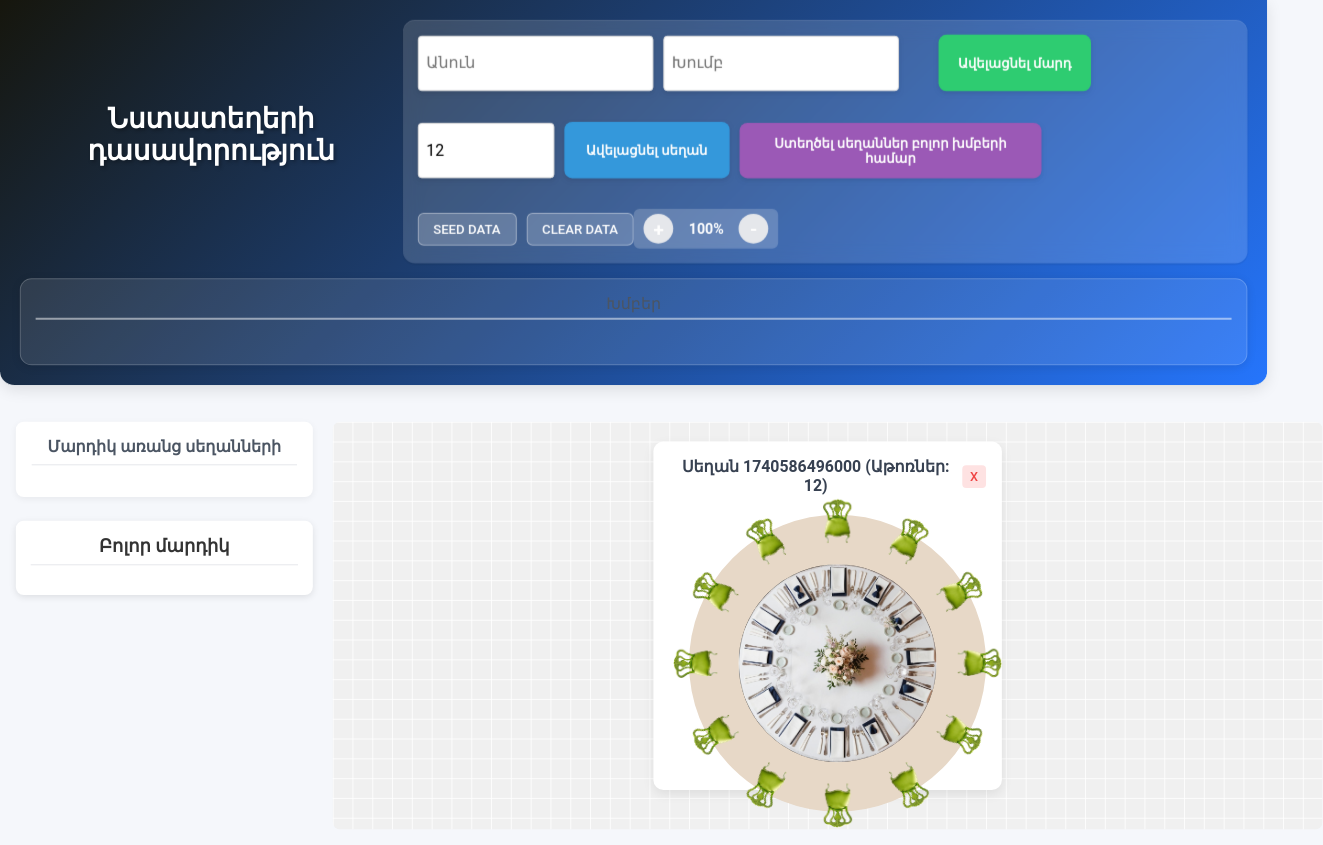
Repository: Vahan-23/Table-V2
Page: /, after clicking the first element matching `div.table-controls > button`
The author's editor kept a copy of each file at every save. The page is drawn from the files as they stood at one save, then again after the next save.
The browser window is 1280 px wide. The page is 1336 px wide, so the pictures cover 1336 px, including what lies to the right of the window. The pictures show the whole page, at 99% of full size.
The project was rebuilt for these pictures with package versions that can differ from the ones it lists, and the page was loaded fresh each time.

Above is the page before, as saved 2025-03-01 18:49:46.

### src/component/App.css
/* Modern styles for the Seating Arrangement app */

* {
  /* box-sizing: border-box; */
  margin: 0;
  padding: 0;
  font-family: 'Roboto', 'Segoe UI', Arial, sans-serif;
}

body {
  background-color: #f5f7fb;
  color: #333;
}

.app-container {
  display: flex;
  flex-direction: column;
  min-height: 100vh;
}

/* Header Styles */


.header-content {
  display: flex;
  justify-content: space-between;
  align-items: center;
  max-width: 1600px;
  margin: 0 auto;
  width: 100%;
}



.header-controls {
  display: flex;
  width: 80%;
}

.control-group {
  display: flex;
  flex-wrap: wrap;
  gap: 1rem;
  width: 100%;
}

.input-group, .table-controls, .save-controls, .zoom-controls {
  display: flex;
  align-items: center;
  gap: 0.5rem;
}

.input-group input, .table-controls input {
  height: 38px;
  padding: 0.5rem;
  border: 1px solid #ddd;
  border-radius: 4px;
  outline: none;
  transition: border-color 0.2s;
}

.input-group input:focus, .table-controls input:focus {
  border-color: #2563eb;
}

button {
  cursor: pointer;
  border: none;
  border-radius: 4px;
  padding: 0.5rem 1rem;
  font-weight: 500;
  transition: all 0.2s;
}

.primary-btn {
  background-color: #2563eb;
  color: white;
}

.primary-btn:hover {
  background-color: #1d4ed8;
}

.secondary-btn {
  background-color: #e5e7eb;
  color: #4b5563;
}

.secondary-btn:hover {
  background-color: #d1d5db;
}

.zoom-controls {
  display: flex;
  align-items: center;
  gap: 0.5rem;
}

.zoom-controls button {
  width: 30px;
  height: 30px;
  display: flex;
  align-items: center;
  justify-content: center;
  background-color: #e5e7eb;
  border-radius: 50%;
  font-size: 1.2rem;
  padding: 0;
}

.zoom-controls span {
  font-size: 0.9rem;
  min-width: 50px;
  text-align: center;
}

/* Groups Container */
.groups-container {
  margin-top: 1rem;
  background-color: #f0f4ff;
  border-radius: 8px;
  padding: 1rem;
}

.groups-header {
  display: flex;
  flex-direction: column;
  gap: 1rem;
}

.groups-header h3 {
  color: #4b5563;
  font-size: 1rem;
  font-weight: 500;
}

.groups-wrapper {
  display: flex;
  flex-wrap: wrap;
  gap: 1rem;
  padding: 0.5rem 0;
}



.group-name {
  font-weight: 600;
  font-size: 0.9rem;
  color: #2563eb;
}

.group-count {
  font-size: 0.8rem;
  color: #6b7280;
  margin-top: 0.25rem;
}

/* Main Content */
.main-content {
  display: flex;
  flex: 1;
  padding: 1rem;
  gap: 1.5rem;
  max-width: 1600px;
  margin: 0 auto;
  width: 100%;
}

/* Sidebar */
.sidebar {
  width: 300px;
  flex-shrink: 0;
}

.unseated-people-list, .people-list {
  background-color: white;
  border-radius: 8px;
  padding: 1rem;
  box-shadow: 0 2px 8px rgba(0, 0, 0, 0.06);
  margin-bottom: 1.5rem;
}

.unseated-people-list h3, .people-list h3 {
  margin-bottom: 1rem;
  color: #4b5563;
  font-size: 1rem;
  font-weight: 600;
  border-bottom: 1px solid #e5e7eb;
  padding-bottom: 0.5rem;
}

.unseated-people-grid, .people-grid {
  display: flex;
  flex-direction: column;
  gap: 0.5rem;
}

.unseated-person-card, .person-card {
  background-color: #f9fafb;
  border-radius: 6px;
  padding: 0.75rem;
  position: relative;
  font-size: 0.9rem;
  display: flex;
  justify-content: space-between;
  align-items: center;
}

.person-card {
  flex-direction: column;
  align-items: flex-start;
  gap: 0.25rem;
}

.person-name {
  font-weight: 500;
}

.person-group {
  font-size: 0.8rem;
  color: #6b7280;
}

.group-tag {
  background-color: #e0e7ff;
  color: #4f46e5;
  border-radius: 4px;
  padding: 0.15rem 0.4rem;
  font-size: 0.75rem;
  font-weight: 500;
}

.delete-btn {
  position: absolute;
  top: 0.5rem;
  right: 0.5rem;
  background-color: transparent;
  color: #ef4444;
  font-size: 0.8rem;
  padding: 0.15rem 0.4rem;
  border-radius: 4px;
}

.delete-btn:hover {
  background-color: #fee2e2;
}

/* Tables Area */
.tables-area {
  flex: 1;
  display: flex;
  flex-wrap: wrap;
  gap: 2rem;
  padding: 1rem;
  align-content: flex-start;
  min-height: 70vh;
  transform-origin: top left;
}

/* Table Styles */
.table-container {
  background-color: white;
  border-radius: 10px;
  box-shadow: 0 4px 12px rgba(0, 0, 0, 0.08);
  padding: 1rem;
  width: fit-content;
}

.table-header {
  display: flex;
  justify-content: space-between;
  align-items: center;
  margin-bottom: 1rem;
}

.table-header h3 {
  font-size: 1rem;
  font-weight: 600;
  color: #374151;
}

.delete-table-btn {
  background-color: #fee2e2;
  color: #ef4444;
  font-size: 0.8rem;
  padding: 0.25rem 0.5rem;
}

.delete-table-btn:hover {
  background-color: #fecaca;
}

.table {
  /* position: relative; */
  margin: 20px;
  width: 200px;
  height: 200px;
  border: 50px solid #e7d8c7;
  border-radius: 50%;
  display: flex;
  justify-content: center;
  align-items: center;
  background-image: url('../../public/table.jpg');
  background-size: cover;
}

.table-top {
  position: relative;
  top: -15%;
  left: -15%;
  /* /* width: 250px; */
  /* height: 250px; */
}
.chair {
  position: absolute;
  width: 60px;
  height: 60px;
  background-size: cover;
  background-position: center;
  background-repeat: no-repeat;
  color: white;
  display: flex;
  justify-content: center;
  align-items: center;
  border-radius: 50%;
  font-size: 12px;
  text-align: center;
  cursor: pointer;
  transition: transform 0.2s ease, opacity 0.2s ease;
}
.chair:hover {
  transform: scale(1.1);
  opacity: 0.7;
}
/* Chair styles remain unchanged as requested */

/* New Table Dropzone */
.new-table-dropzone {
  width: 300px;
  height: 200px;
  border: 2px dashed #94a3b8;
  border-radius: 8px;
  display: flex;
  align-items: center;
  justify-content: center;
  background-color: #f8fafc;
  transition: all 0.3s;
}

.new-table-dropzone.hovered {
  background-color: #e0e7ff;
  border-color: #4f46e5;
}

.dropzone-content {
  display: flex;
  flex-direction: column;
  align-items: center;
  gap: 1rem;
  padding: 1.5rem;
  text-align: center;
}

.dropzone-icon {
  font-size: 2rem;
  color: #94a3b8;
}

.dropzone-text {
  font-size: 0.9rem;
  color: #64748b;
}

/* Popup styles */
.popup-overlay {
  position: fixed;
  top: 0;
  left: 0;
  right: 0;
  bottom: 0;
  background-color: rgba(0, 0, 0, 0.5);
  display: flex;
  align-items: center;
  justify-content: center;
  z-index: 1000;
}

.popup {
  background-color: white;
  border-radius: 10px;
  padding: 1.5rem;
  min-width: 300px;
  max-width: 400px;
  max-height: 80vh;
  overflow-y: auto;
  box-shadow: 0 10px 25px rgba(0, 0, 0, 0.2);
}

.popup h3 {
  margin-bottom: 1rem;
  color: #374151;
}

.person-selection-list {
  list-style: none;
  margin-bottom: 1rem;
}

.person-selection-list li {
  padding: 0.75rem;
  border-radius: 6px;
  cursor: pointer;
  transition: background-color 0.2s;
}

.person-selection-list li:hover {
  background-color: #f3f4f6;
}

.close-btn {
  background-color: #e5e7eb;
  color: #4b5563;
  width: 100%;
  padding: 0.75rem;
  border-radius: 6px;
  margin-top: 1rem;
}

.close-btn:hover {
  background-color: #d1d5db;
}

/* Responsive adjustments */
@media (max-width: 992px) {
  .header-content {
    flex-direction: column;
    align-items: flex-start;
    gap: 1rem;
  }

  .header-controls {
    width: 100%;
  }

  .main-content {
    flex-direction: column;
  }

  .sidebar {
    width: 100%;
  }
}

/* Fullscreen popup styles */
.fullscreen-popup {
  position: fixed;
  top: 0;
  left: 0;
  width: 100%;
  height: 100%;
  z-index: 1000;
}

.fullscreen-popup-overlay {
  position: absolute;
  top: 0;
  left: 0;
  width: 100%;
  height: 100%;
  background-color: rgba(0, 0, 0, 0.7);
  display: flex;
  justify-content: center;
  align-items: center;
}

.fullscreen-popup-content {
  background-color: #fff;
  border-radius: 8px;
  padding: 20px;
  width: 90%;
  max-width: 600px;
  max-height: 80vh;
  overflow-y: auto;
  box-shadow: 0 10px 25px rgba(0, 0, 0, 0.2);
}

.fullscreen-popup-content h3 {
  margin-top: 0;
  margin-bottom: 20px;
  text-align: center;
  font-size: 18px;
  color: #333;
}

.person-selection-grid {
  display: grid;
  grid-template-columns: repeat(auto-fill, minmax(200px, 1fr));
  gap: 15px;
  margin-bottom: 20px;
  max-height: 60vh;
  overflow-y: auto;
  padding: 10px;
}

.person-selection-item {
  background-color: #f8f8f8;
  border: 1px solid #e0e0e0;
  border-radius: 6px;
  padding: 12px;
  cursor: pointer;
  transition: all 0.2s ease;
  display: flex;
  flex-direction: column;
}

.person-selection-item:hover {
  background-color: #e8f4fd;
  transform: translateY(-2px);
  box-shadow: 0 4px 8px rgba(0, 0, 0, 0.1);
}

.person-name {
  font-weight: bold;
  margin-bottom: 5px;
}

.person-group {
  font-size: 12px;
  color: #666;
}

.no-people-message {
  text-align: center;
  padding: 20px;
  color: #666;
  grid-column: 1 / -1;
}

.close-popup-btn {
  display: block;
  margin: 0 auto;
  background-color: #3498db;
  color: white;
  border: none;
  border-radius: 4px;
  padding: 10px 20px;
  font-size: 16px;
  cursor: pointer;
  transition: background-color 0.2s ease;
}

.close-popup-btn:hover {
  background-color: #2980b9;
}

.groups-wrapper::-webkit-scrollbar {
  height: 6px;
  width: 6px;
}

.groups-wrapper::-webkit-scrollbar-track {
  background: #f1f1f1;
  border-radius: 10px;
}

.groups-wrapper::-webkit-scrollbar-thumb {
  background: #3498db;
  border-radius: 10px;
}

.groups-wrapper::-webkit-scrollbar-thumb:hover {
  background: #2980b9;
}

.group-card {
  flex: 0 0 auto;
  min-width: 100px;
  background-color: white;
  border-radius: 6px;
  padding: 8px 12px;
  box-shadow: 0 1px 3px rgba(0,0,0,0.1);
  cursor: grab;
  transition: transform 0.2s, box-shadow 0.2s;
  border-left: 4px solid #3498db;
}

.group-card:hover {
  transform: translateY(-2px);
  box-shadow: 0 3px 6px rgba(0,0,0,0.15);
}

.app-header {
  background: linear-gradient(135deg, #f8f9fa 0%, #e9ecef 100%);
  border-bottom: 1px solid #dee2e6;
  padding: 15px 20px;
  border-radius: 8px;
  margin-bottom: 20px;
}

.logo {
  font-size: 24px;
  font-weight: bold;
  color: #2c3e50;
  margin-bottom: 15px;
  text-shadow: 1px 1px 2px rgba(0,0,0,0.1);
}

### src/component/AppCss.css
.app-header {
    background: linear-gradient(135deg, rgb(22 22 13) 0%, rgb(37, 117, 252) 100%);
    padding: 20px;
    border-radius: 0 0 15px 15px;
    box-shadow: 0 4px 15px rgba(0, 0, 0, 0.1);
    margin-bottom: 20px;
}

.header-content {
    /* Header content layout */
}

.logo {
    color: white;
    font-size: 28px;
    font-weight: bold;
    text-shadow: 2px 2px 4px rgba(0, 0, 0, 0.3);
    margin-bottom: 15px;
}

.header-controls {
    background: rgba(255, 255, 255, 0.15);
    backdrop-filter: blur(10px);
    padding: 15px;
    border-radius: 12px;
    box-shadow: inset 0 1px 1px rgba(255, 255, 255, 0.1), 0 1px 2px rgba(0, 0, 0, 0.1);
}

.control-group {
    /* Control group layout */
}

.input-group {
    display: flex;
    gap: 10px;
    margin-bottom: 15px;
}

.input-field {
    flex: 1;
    padding: 10px 15px;
    border-radius: 8px;
    border: none;
    font-size: 16px;
    box-shadow: 0 2px 5px rgba(0, 0, 0, 0.1);
}

.group-input-container {
    position: relative;
    flex: 1;
}

.group-dropdown {
    position: absolute;
    top: 100%;
    left: 0;
    width: 100%;
    max-height: 200px;
    overflow-y: auto;
    z-index: 10;
    background-color: white;
    border: none;
    border-radius: 8px;
    box-shadow: 0 4px 12px rgba(0, 0, 0, 0.15);
    margin-top: 5px;
}

.dropdown-item {
    padding: 10px 15px;
    cursor: pointer;
    border-bottom: 1px solid #eee;
    transition: background-color 0.2s;
}

.dropdown-item:hover {
    background-color: #f5f5f5;
}

.dropdown-item-new {
    padding: 10px 15px;
    cursor: pointer;
    background-color: #f0f0f0;
    font-style: italic;
    border-radius: 0 0 8px 8px;
    z-index: 2;
}

.dropdown-empty {
    padding: 10px 15px;
    color: #666;
}

.primary-btn {
    border: none;
    border-radius: 8px;
    font-weight: bold;
    cursor: pointer;
    box-shadow: 0 2px 5px rgba(0, 0, 0, 0.1);
    transition: transform 0.2s, background-color 0.2s;
}

.add-person-btn {
    margin-left: 30px;
    padding: 21px 20px;
    background-color: #2ecc71;
    color: white;
}

.add-person-btn:hover {
    background-color: #27ae60;
    transform: translateY(-2px);
}

.table-controls {
    display: flex;
    gap: 10px;
    margin-bottom: 15px;
}

.chair-count-input {
    width: 120px;
    padding: 10px 15px;
    border-radius: 8px;
    border: none;
    font-size: 16px;
    box-shadow: 0 2px 5px rgba(0, 0, 0, 0.1);
}

.add-table-btn {
    flex: 1;
    padding: 21px 15px;
    background-color: #3498db;
    color: white;
}

.add-table-btn:hover {
    background-color: #2980b9;
    transform: translateY(-2px);
}

.create-all-tables-btn {
    flex: 2;
    padding: 13px 15px;
    background-color: #9b59b6;
    color: white;
}

.create-all-tables-btn:hover {
    background-color: #8e44ad;
    transform: translateY(-2px);
}

/* Bottom controls section */
.bottom-controls {
    display: flex;
    justify-content: space-between;
    align-items: center;
}

/* Save controls */
.save-controls {
    display: flex;
    gap: 10px;
}

.secondary-btn {
    padding: 8px 15px;
    background-color: rgba(255, 255, 255, 0.2);
    color: white;
    border: 1px solid rgba(255, 255, 255, 0.4);
    border-radius: 6px;
    cursor: pointer;
    transition: background-color 0.2s;
}

.secondary-btn:hover {
    background-color: rgba(255, 255, 255, 0.3);
}

/* Zoom controls */
.zoom-controls {
    display: flex;
    align-items: center;
    gap: 8px;
    background-color: rgba(255, 255, 255, 0.2);
    padding: 5px 10px;
    border-radius: 6px;
}

.zoom-btn {
    width: 30px;
    height: 30px;
    border-radius: 50%;
    border: none;
    background-color: rgba(255, 255, 255, 0.3);
    color: white;
    font-size: 18px;
    font-weight: bold;
    cursor: pointer;
    display: flex;
    justify-content: center;
    align-items: center;
}

.zoom-percentage {
    color: white;
    font-weight: bold;
}

/* Groups container */
.groups-container {
    background-color: rgba(255, 255, 255, 0.1);
    border-radius: 12px;
    padding: 15px;
    margin-top: 15px;
    box-shadow: 0 2px 10px rgba(0, 0, 0, 0.1);
    border: 1px solid rgba(255, 255, 255, 0.2);
}

.groups-header {
    display: flex;
    flex-direction: column;
    gap: 10px;
}

.groups-title {
    margin: 0 0 10px 0;
    font-size: 20px;
    color: white;
    font-weight: 600;
    border-bottom: 2px solid rgba(255, 255, 255, 0.5);
    padding-bottom: 5px;
    display: inline-block;
}

.groups-wrapper {
    display: flex;
    flex-wrap: nowrap;
    gap: 12px;
    overflow-x: auto;
    padding: 5px 0;
    max-height: 100px;
    max-width: 100%;
    scrollbar-width: thin;
    scrollbar-color: rgba(255, 255, 255, 0.5) transparent;
}

.main-content {
    display: flex;
    gap: 20px;
}

/* Sidebar styles */
.sidebar {
    width: 300px;
    flex-shrink: 0;
}

/* People list */
.people-list {
    background-color: white;
    border-radius: 8px;
    padding: 15px;
    margin-top: 20px;
    box-shadow: 0 2px 8px rgba(0, 0, 0, 0.1);
}

.people-list h3 {
    margin-top: 0;
    margin-bottom: 15px;
    color: #333;
    font-size: 18px;
}

.people-grid {
    display: grid;
    grid-template-columns: repeat(auto-fill, minmax(120px, 1fr));
    gap: 10px;
}

.person-card {
    position: relative;
    background-color: #f9f9f9;
    border-radius: 6px;
    padding: 10px;
    box-shadow: 0 1px 3px rgba(0, 0, 0, 0.1);
}

.person-name {
    display: block;
    font-weight: bold;
    font-size: 14px;
    margin-bottom: 4px;
}

.person-group {
    display: block;
    font-size: 12px;
    color: #666;
}

.delete-btn {
    position: absolute;
    top: 5px;
    right: 5px;
    width: 20px;
    height: 20px;
    border-radius: 50%;
    background-color: #e74c3c;
    color: white;
    border: none;
    display: flex;
    align-items: center;
    justify-content: center;
    font-size: 10px;
    cursor: pointer;
    opacity: 0.7;
    transition: opacity 0.2s;
}

.delete-btn:hover {
    opacity: 1;
}

/* Tables area */
.tables-area {
    background-image: linear-gradient(rgba(255, 255, 255, 0.8) 1px, transparent 1px),
        linear-gradient(90deg, rgba(255, 255, 255, 0.8) 1px, transparent 1px);
    background-size: 20px 20px;
    background-color: #e6eef5;
    flex: 1;
    min-height: 600px;
    background-color: #f0f0f0;
    border-radius: 8px;
    padding: 20px;
    position: relative;
}

/* Fullscreen popup */
.fullscreen-popup {
    position: fixed;
    top: 0;
    left: 0;
    width: 100%;
    height: 100%;
    background-color: rgba(0, 0, 0, 0.7);
    z-index: 1000;
    display: flex;
    justify-content: center;
    align-items: center;
}

.fullscreen-popup-content {
    background-color: white;
    border-radius: 8px;
    padding: 20px;
    max-width: 600px;
    width: 90%;
    max-height: 80vh;
    overflow-y: auto;
}

/* Remove person popup */
.remove-person-popup {
    text-align: center;
}

.popup-title {
    text-align: center;
    margin-bottom: 20px;
}

.person-info-card {
    background-color: #f9f9f9;
    padding: 15px;
    border-radius: 8px;
    margin-bottom: 20px;
    box-shadow: 0 2px 4px rgba(0, 0, 0, 0.1);
}

.person-info-name {
    text-align: center;
    font-size: 18px;
    margin: 0 0 10px 0;
    font-weight: bold;
}

.person-info-group {
    text-align: center;
    margin: 0;
    color: #666;
}

.confirmation-text {
    text-align: center;
    margin-bottom: 20px;
    color: #555;
}

.popup-buttons {
    display: flex;
    justify-content: center;
    gap: 15px;
}

.remove-btn {
    padding: 10px 20px;
    background-color: #e74c3c;
    color: white;
    border: none;
    border-radius: 4px;
    cursor: pointer;
    font-weight: bold;
}

.cancel-btn {
    padding: 10px 20px;
    background-color: #7f8c8d;
    color: white;
    border: none;
    border-radius: 4px;
    cursor: pointer;
}

/* Add person modal */
.person-selection-grid {
    display: grid;
    grid-template-columns: repeat(auto-fill, minmax(180px, 1fr));
    gap: 10px;
    margin-top: 20px;
    margin-bottom: 20px;
}

.person-selection-item {
    padding: 12px;
    border: 1px solid #ddd;
    border-radius: 6px;
    cursor: pointer;
    transition: background-color 0.2s;
    background-color: #f9f9f9;
}

.person-selection-item:hover {
    background-color: #eaeaea;
}

.person-selection-name {
    display: block;
    font-weight: bold;
    margin-bottom: 4px;
}

.person-selection-group {
    display: block;
    font-size: 0.9em;
    color: #666;
}

.no-people-message {
    grid-column: 1 / -1;
    padding: 20px;
    text-align: center;
    color: #666;
}

.close-popup-btn {
    padding: 10px 20px;
    background-color: #3498db;
    color: white;
    border: none;
    border-radius: 4px;
    cursor: pointer;
    display: block;
    margin: 0 auto;
}

.close-popup-btn:hover {
    background-color: #2980b9;
}

/* Стили для компонента Table */
/* Стили для компонента Group */
.group-card {
    background-color: #fff;
    padding: 15px;
    margin-bottom: 10px;
    border-radius: 8px;
    box-shadow: 0 2px 5px rgba(0, 0, 0, 0.1);
    cursor: grab;
    transition: all 0.2s ease;
}

.group-card:hover {
    box-shadow: 0 5px 15px rgba(0, 0, 0, 0.1);
    transform: translateY(-2px);
}

.group-card.dragging {
    opacity: 0.5;
}

.group-name {
    font-weight: bold;
    margin-bottom: 5px;
}

.group-count {
    color: #666;
    font-size: 14px;
}

/* Стили для компонента NewTable */
.new-table-dropzone {
    margin-bottom: 20px;
    padding: 15px;
    border: 2px dashed #3498db;
    border-radius: 8px;
    background-color: rgba(52, 152, 219, 0.05);
    transition: all 0.3s ease;
}

.new-table-dropzone.hovered {
    background-color: rgba(52, 152, 219, 0.47);
}

.dropzone-content {
    display: flex;
    flex-direction: column;
    align-items: center;
    justify-content: center;
    text-align: center;
    padding: 20px;
}

.dropzone-icon {
    font-size: 32px;
    color: #3498db;
    margin-bottom: 10px;
}

.dropzone-text {
    font-size: 16px;
    font-weight: bold;
    color: #333;
}

.table-container {
    width: 320px;
    height: 320px;
    margin-bottom: 20px;
    flex-shrink: 0;
}

Loaded but not shown: public/index.html (common file); src/index.js (common file); src/index.css (common file); src/reportWebVitals.js (common file); src/App.css (common file); src/App.js (12 lines, source omitted); src/component/SeatingArrangement.jsx (851 lines, source omitted)

After the next save:
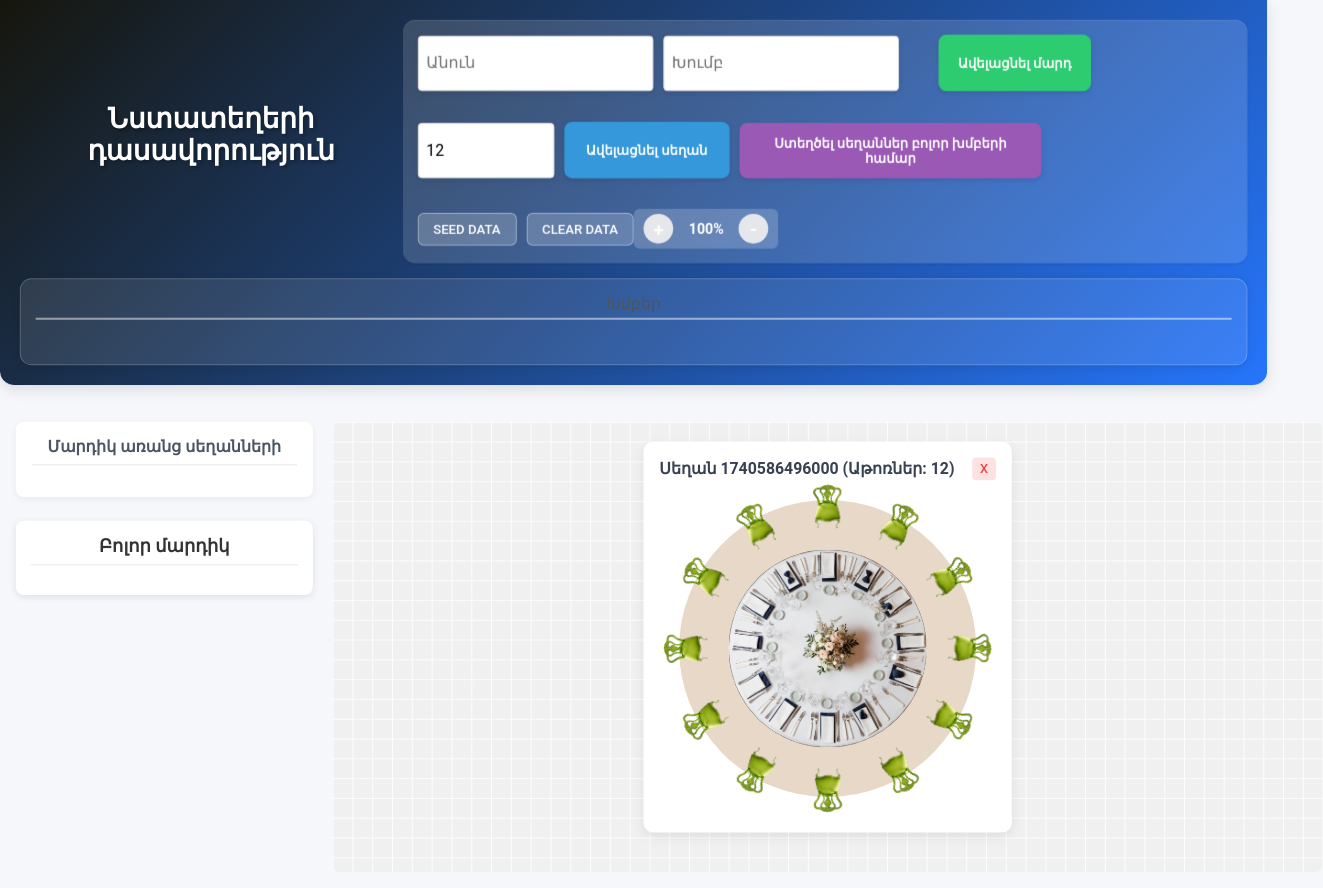
Saved 3 min 17 s later.
--- a/src/component/AppCss.css
+++ b/src/component/AppCss.css
@@ -545,8 +545,8 @@
 }
 
 .table-container {
-    width: 320px;
-    height: 320px;
+    /* width: 320px;
+    height: 320px; */
     margin-bottom: 20px;
     flex-shrink: 0;
 }
